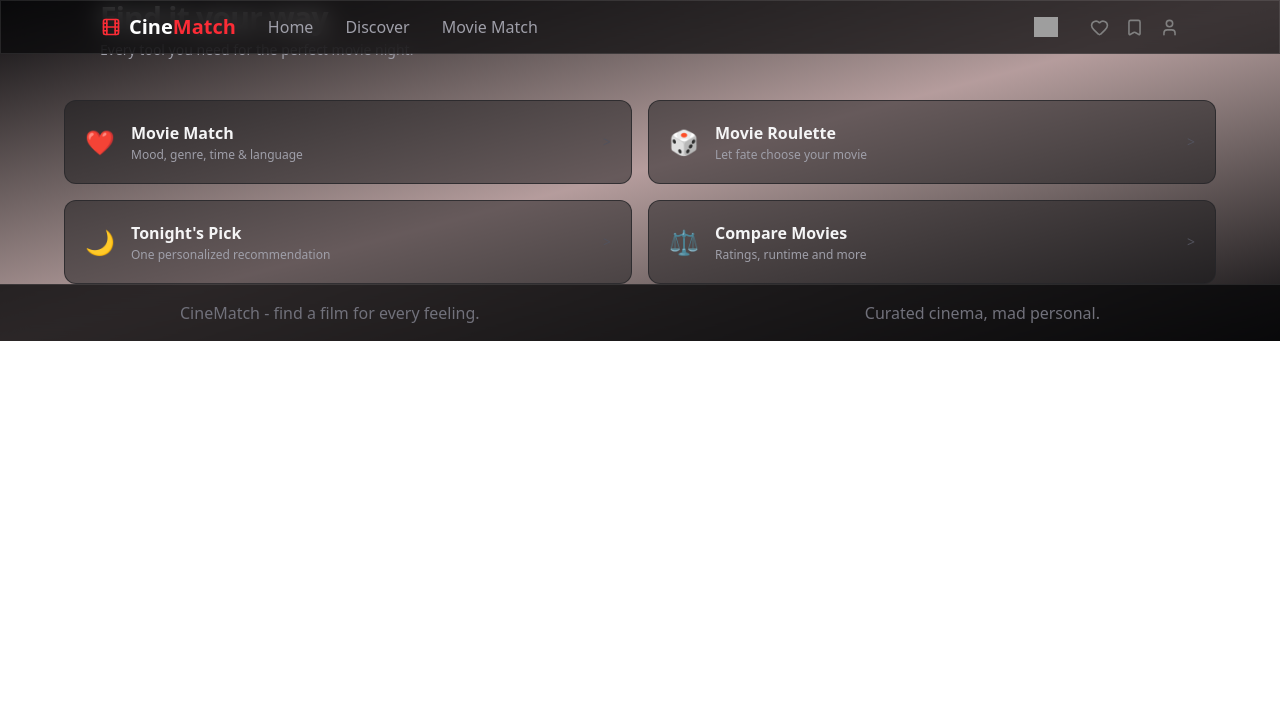
Repository: Mahak182005/CineMatch
Page: /match
The author's editor kept a copy of each file at every save. The page is drawn from the files as they stood at one save, then again after the next save.
The browser window is 1280 px wide. The pictures show the whole page.
Pictures or frames that could not be fetched are drawn as grey boxes. The project was rebuilt for these pictures with package versions that can differ from the ones it lists, and the page was loaded fresh each time. Also part of the build but not shown: vite.config.js, src/Components/Mood.jsx, src/Data/MoodData.js, src/Data/api.js, src/Components/MovieCart.jsx, src/Logic/search.js, src/pages/Home.jsx, src/pages/Favorites.jsx and 3 more.

Above is the page before, as saved 2026-10-12 12:52:02.

### index.html
<!doctype html>
<html lang="en">
  <head>
    <meta charset="UTF-8" />
    <link rel="icon" type="image/svg+xml" href="/favicon.svg" />
    <meta name="viewport" content="width=device-width, initial-scale=1.0" />
    <title>movie-explorer</title>
  </head>
  <body>
    <div id="root"></div>
    <script type="module" src="/src/main.jsx"></script>
  </body>
</html>

### src/main.jsx
import Router from './router/Router.jsx'
import { createRoot } from 'react-dom/client'
import './index.css'

createRoot(document.getElementById('root')).render(
  <Router />
)

### src/router/Router.jsx
import { createBrowserRouter } from "react-router-dom";
import {Home} from "../pages/Home";
import {RouterProvider} from "react-router-dom";
import { MovieMatch } from "../pages/MovieMatch";
import { Favorites } from "../pages/Favorites";
import {Watchlist} from "../pages/Watchlist"
import { Profile } from "../pages/Profile";
import { Discover } from "../pages/Discover";
import {Layout} from "../Layout/Layout";

const router = createBrowserRouter([
    {
         path: "/",
        element: <Layout />,
        children: [
            {
                index: true,
                element: <Home />
            },
            {
                path: "/discover",
                element: <Discover />
            },
            {
                path: "match",
                element: <MovieMatch />
            },
            {
                path: "fav",
                element: <Favorites />
            },
            {
                path: "watchlist",
                element: <Watchlist />
            },
            {
                path: "profile",
                element: <Profile />
            }
        ]
    }
])
function AppRouter() {
    return <RouterProvider router={router} />;
}

export default AppRouter;

### src/index.css
@import "tailwindcss";
html,
body,
#root {
  margin: 0;
  padding: 0;
  width: 100%;
  box-sizing: border-box
}

### src/pages/MovieMatch.jsx
export function MovieMatch(){
    return(
        <>
            <div classNameName=" bg-gradient-to-br from-zinc-950 via-red-950/40 to-zinc-950 text-white p-8">
                <div className="max-w-6xl mx-25 mb-10">
                    <h1 className="text-3xl font-extrabold tracking-tight text-white">Find it your way</h1>
                    <p className="text-zinc-400 text-sm mt-1">Every tool you need for the perfect movie night.</p>
                </div>

                <div className="grid grid-cols-1 md:grid-cols-2 gap-4 max-w-6xl mx-auto">

                    <div className="flex items-center justify-between p-5 rounded-xl bg-zinc-900/50 border border-zinc-800/80 hover:border-red-900/60 cursor-pointer transition-all duration-200 group">
                    <div className="flex items-center space-x-4">
                        <span className="text-2xl">❤️</span>
                        <div>
                        <h3 className="font-semibold text-zinc-100 group-hover:text-white transition-colors">Movie Match</h3>
                        <p className="text-zinc-400 text-xs mt-0.5">Mood, genre, time & language</p>
                        </div>
                    </div>
                    <span className="text-zinc-600 group-hover:text-zinc-400 transition-colors text-sm">&gt;</span>
                    </div>

                    <div className="flex items-center justify-between p-5 rounded-xl bg-zinc-900/50 border border-zinc-800/80 hover:border-red-900/60 cursor-pointer transition-all duration-200 group">
                    <div className="flex items-center space-x-4">
                        <span className="text-2xl">🎲</span>
                        <div>
                        <h3 className="font-semibold text-zinc-100 group-hover:text-white transition-colors">Movie Roulette</h3>
                        <p className="text-zinc-400 text-xs mt-0.5">Let fate choose your movie</p>
                        </div>
                    </div>
                    <span className="text-zinc-600 group-hover:text-zinc-400 transition-colors text-sm">&gt;</span>
                    </div>

                    <div className="flex items-center justify-between p-5 rounded-xl bg-zinc-900/50 border border-zinc-800/80 hover:border-red-900/60 cursor-pointer transition-all duration-200 group">
                    <div className="flex items-center space-x-4">
                        <span className="text-2xl">🌙</span>
                        <div>
                        <h3 className="font-semibold text-zinc-100 group-hover:text-white transition-colors">Tonight's Pick</h3>
                        <p className="text-zinc-400 text-xs mt-0.5">One personalized recommendation</p>
                        </div>
                    </div>
                    <span className="text-zinc-600 group-hover:text-zinc-400 transition-colors text-sm">&gt;</span>
                    </div>

                    <div className="flex items-center justify-between p-5 rounded-xl bg-zinc-900/50 border border-zinc-800/80 hover:border-red-900/60 cursor-pointer transition-all duration-200 group">
                    <div className="flex items-center space-x-4">
                        <span className="text-2xl">⚖️</span>
                        <div>
                        <h3 className="font-semibold text-zinc-100 group-hover:text-white transition-colors">Compare Movies</h3>
                        <p className="text-zinc-400 text-xs mt-0.5">Ratings, runtime and more</p>
                        </div>
                    </div>
                    <span className="text-zinc-600 group-hover:text-zinc-400 transition-colors text-sm">&gt;</span>
                    </div>

                </div>
            </div>

        </>
    )
}

### src/Layout/Layout.jsx
import { Outlet } from "react-router-dom"
import {Header} from "../Components/Header"
import { Footer } from "../Components/Footer"
export function Layout(){
    return(
        // <div className="bg-[#091424] min-h-screen">
        <div className="bg-gradient-to-br from-zinc-950 via-red-950/40 to-zinc-950">
            <Header />
            <Outlet />
            <Footer />
        </div>
    )
}

### src/Components/Header.jsx
import { Link } from "react-router-dom";
export function Header(){
    return(
        <header className="w-full max-w-full fixed">
            <div className="flex justify-between gap-20 items-center border-1 border-gray-800  bg-zinc-950/70 backdrop-blur-md border-b border-white/10 py-3 px-25">
                    <div className="flex items-center gap-8">
                        <Link to="/">
                            <div className="flex items-center gap-2">
                                <div className="text-red-500">
                                    <svg xmlns="http://www.w3.org/2000/svg" width="24" height="24" viewBox="0 0 24 24" fill="none" stroke="currentColor" strokeWidth="2" strokeLinecap="round" strokeLinejoin="round" className="lucide lucide-film size-5" aria-hidden="true"><rect width="18" height="18" x="3" y="3" rx="2"></rect><path d="M7 3v18"></path><path d="M3 7.5h4"></path><path d="M3 12h18"></path><path d="M3 16.5h4"></path><path d="M17 3v18"></path><path d="M17 7.5h4"></path><path d="M17 16.5h4"></path></svg>
                                </div>
                                <p className="font-semibold text-xl text-white font-bold">Cine<span className="text-red-500">Match</span></p>
                            </div>
                        </Link>
                    <div className="flex gap-8">
                        <Link to="/"><div className="text-zinc-400 hover:text-white transition-colors">Home</div></Link>
                        <Link className="text-zinc-400 hover:text-white transition-colors" to="/discover">Discover</Link>
                        <Link className="text-zinc-400 hover:text-white transition-colors" to="/match">Movie Match</Link>
                        {/* <Link className="text-gray-500" to="/browse">Browser</Link> */}
                    </div>
                </div>
                <div className="flex gap-8 items-center">
                  <img src="https://images.openai.com/static-rsc-4/xpLf_iDkSa24squI-Ip5QKZDulp0bh7B7cuwtMJkyvB3GZ-utHOG7STBEdMhCHi332WpSdAey1vEcinOtZuM0vqtNlfz2iFG4NJkjVUb6CCT1gYCvnhXDTZPIKbWEkUhrQU-C51ka7CL4NYJu1wmD4mK8NLTfRdr_e0rAs2OP8c?purpose=inline" alt="image" className="w-6 h-5 "/>
                  <div className="flex gap-4 items-center">
                        <Link className="text-zinc-400 hover:text-red-500" to="fav"><div><svg xmlns="http://www.w3.org/2000/svg" width="19" height="19" viewBox="0 0 24 24" fill="none" stroke="gray" strokeWidth="2" strokeLinecap="round" strokeLinejoin="round" className="lucide lucide-heart" aria-hidden="true"><path d="M2 9.5a5.5 5.5 0 0 1 9.591-3.676.56.56 0 0 0 .818 0A5.49 5.49 0 0 1 22 9.5c0 2.29-1.5 4-3 5.5l-5.492 5.313a2 2 0 0 1-3 .019L5 15c-1.5-1.5-3-3.2-3-5.5"></path></svg></div></Link>
                        <Link className="text-zinc-400 hover:text-red-500" to="/watchlist">
                            <svg
                                xmlns="http://www.w3.org/2000/svg"
                                width="19"
                                height="19"
                                viewBox="0 0 24 24"
                                fill="none"
                                stroke="gray"
                                strokeWidth="2"
                                strokeLinecap="round"
                                strokeLinejoin="round"
                            >
                                <path d="M17 3a2 2 0 0 1 2 2v15a1 1 0 0 1-1.496.868l-4.512-2.578a2 2 0 0 0-1.984 0l-4.512 2.578A1 1 0 0 1 5 20V5a2 2 0 0 1 2-2z" />
                            </svg>
                        </Link>
                        <Link className="text-zinc-400 hover:text-red-500" to="/profile"><div className=""><svg xmlns="http://www.w3.org/2000/svg" width="19" height="19" viewBox="0 0 24 24" fill="none" stroke="gray" strokeWidth="2" strokeLinecap="round" strokeLinejoin="round" className="lucide lucide-user" aria-hidden="true"><path d="M19 21v-2a4 4 0 0 0-4-4H9a4 4 0 0 0-4 4v2"></path><circle cx="12" cy="7" r="4"></circle></svg></div></Link>
                    </div>
                </div>
            </div>
       </header>
    )
}

### src/Components/Footer.jsx
export function Footer(){
    return(
        <>
            <div className="bg-zinc-950/80 backdrop-blur-md border-t border-white/10 text-zinc-500 py-4">
                <div className="flex justify-between px-45">
                    <p>CineMatch - find a film for every feeling.</p>
                    <p>Curated cinema, mad personal.</p>
                </div>
            </div>
        </>
    )
}

After the next save:
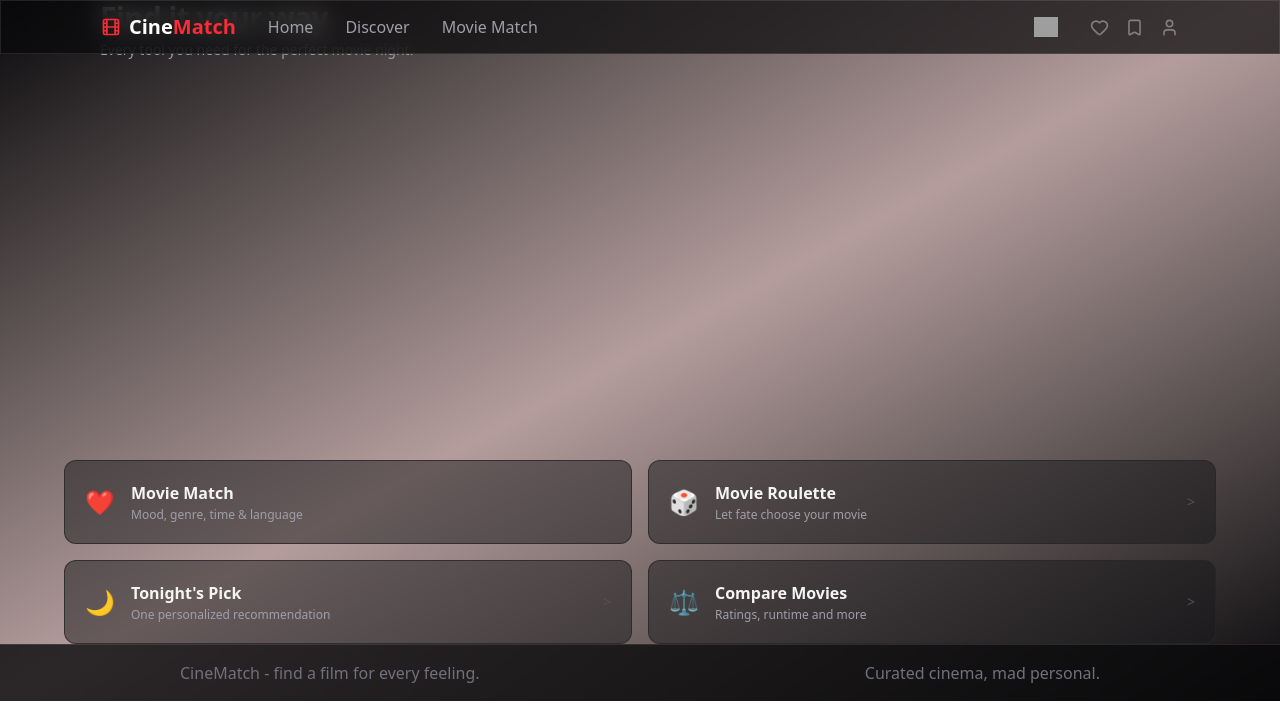
Saved 12 s later.
--- a/src/pages/MovieMatch.jsx
+++ b/src/pages/MovieMatch.jsx
@@ -2,7 +2,7 @@
     return(
         <>
             <div classNameName=" bg-gradient-to-br from-zinc-950 via-red-950/40 to-zinc-950 text-white p-8">
-                <div className="max-w-6xl mx-25 mb-10">
+                <div className="max-w-6xl mx-25 mb-100">
                     <h1 className="text-3xl font-extrabold tracking-tight text-white">Find it your way</h1>
                     <p className="text-zinc-400 text-sm mt-1">Every tool you need for the perfect movie night.</p>
                 </div>
